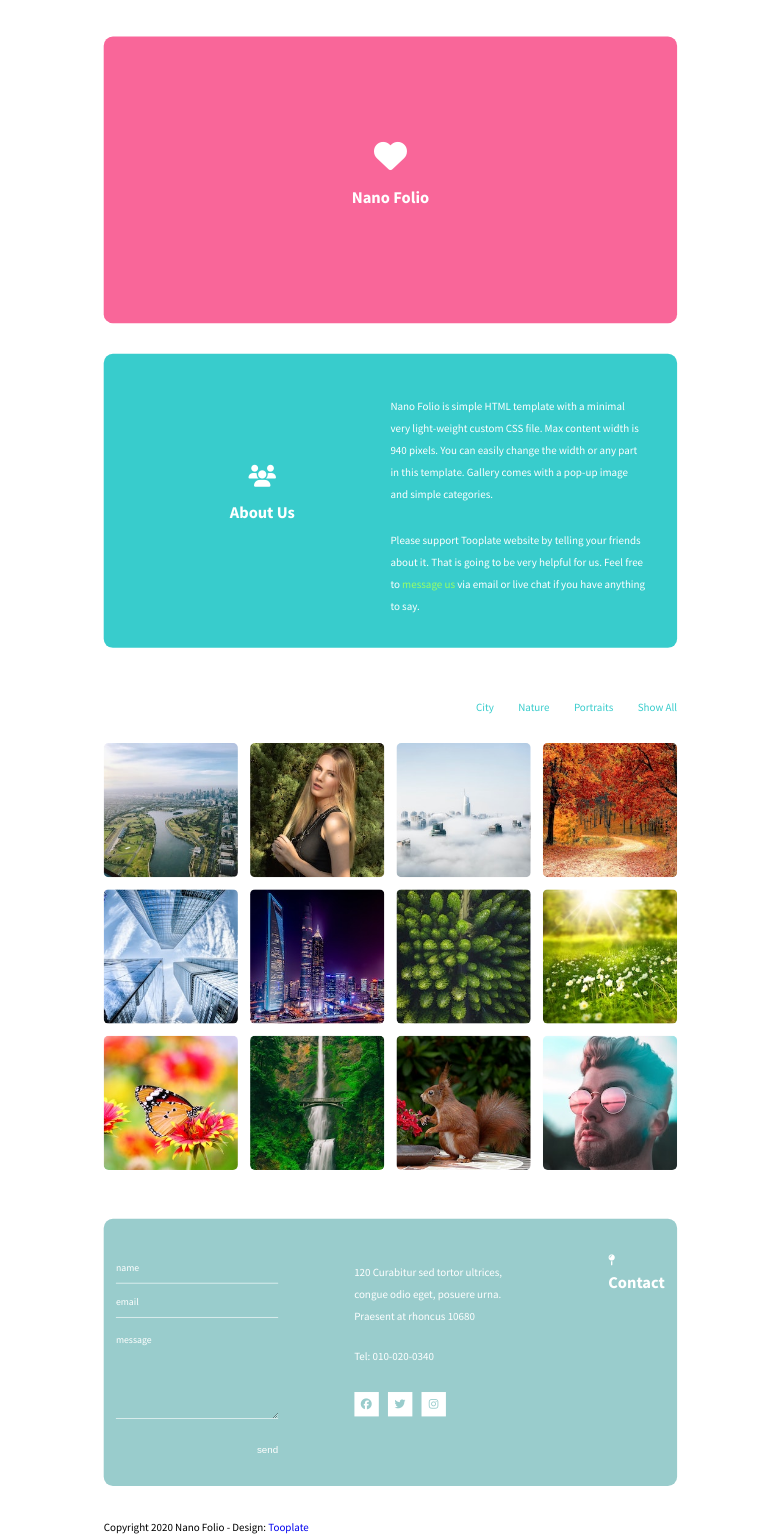
Repository: BuiVanVu102/Tooplate
Page: index.html
These files come from the project's save history. The page is drawn as it stood at one moment and after the next save; the edit follows.
The browser window is 1280 px wide. The pictures show the whole page, at 61% of full size.
Some web libraries are served in a nearby version. The style sheet was rebuilt from its Sass, Less or Tailwind sources for each picture, by a compiler version that may differ from the author's.

Above is the page before, as saved 2021-11-16 23:14:39.

### index.html
<!DOCTYPE html>
<html lang="en">
<head>
	<meta charset="UTF-8">
	<meta http-equiv="X-UA-Compatible" content="IE=edge">
	<meta name="viewport" content="width=device-width, initial-scale=1.0">
	<link rel="preconnect" href="https://fonts.googleapis.com">
	<link rel="preconnect" href="https://fonts.gstatic.com" crossorigin>
	<link href="https://fonts.googleapis.com/css2?family=Source+Sans+Pro:wght@400;700&display=swap" rel="stylesheet">
	<link rel="stylesheet" href="./css/app.css">
	<title>Nano Folio - Live View</title>
</head>
<body>
		<div class="wrapper">
			<main>
				<section class="first">
					<div class="container">
						<div class="first__container">
							<i class="fas fa-heart fa-3x"></i>
							<h1 class="first__name">Nano Folio</h1>
						</div>
					</div>
				</section>
				<section class="about">
					<div class="container">
						<div class="about__container">
							<div class="about__heading">
								<i class="fas fa-users fa-2x"></i>
								<h2 class="about__name">
									About Us
								</h2>
							</div>
							<div class="about__desc">
								<p class="about__typography1">
									Nano Folio is simple HTML template with a minimal very light-weight custom CSS file. Max content width is 940 pixels. You can easily change the width or any part in this template. Gallery comes with a pop-up image and simple categories.
								</p>
								<p class="about__typography2">
									Please support Tooplate website by telling your friends about it. That is going to be very helpful for us. Feel free to <a rel="nofollow" href="https://www.tooplate.com/contact" target="_blank" style="color: #99FF66;">message us</a>  via email or live chat if you have anything to say.
								</p>
							</div>
						</div>
					</div>
				</section>
				<section class="show">
					<div class="container">
						<div class="show__container">
							<div class="show__header">
								<ul class="menu">
									<li class="menu__item"><a href="#!">City</a></li>
									<li class="menu__item"><a href="#!">Nature</a></li>
									<li class="menu__item"><a href="#!">Portraits</a></li>
									<li class="menu__item"><a href="#!">Show All</a></li>
								</ul>
							</div>
							<div class="show__list">
								<div class="show__img">
									<img src="./images/city-1.jpg" alt="">
								</div>
								<div class="show__img">
									<img src="./images/human-1.jpg" alt="">
								</div>
								<div class="show__img">
									<img src="./images/city-2.jpg" alt="">
								</div>
								<div class="show__img">
									<img src="./images/nature-1.jpg" alt="">
								</div>
								<div class="show__img">
									<img src="./images/city-3.jpg" alt="">
								</div>
								<div class="show__img">
									<img src="./images/city-4.jpg" alt="">
								</div>
								<div class="show__img">
									<img src="./images/nature-2.jpg" alt="">
								</div>
								<div class="show__img">
									<img src="./images/nature-3.jpg" alt="">
								</div>
								<div class="show__img">
									<img src="./images/nature-4.jpg" alt="">
								</div>
								<div class="show__img">
									<img src="./images/nature-5.jpg" alt="">
								</div>
								<div class="show__img">
									<img src="./images/nature-6.jpg" alt="">
								</div>
								<div class="show__img">
									<img src="./images/human-2.jpg" alt="">
								</div>

							</div>
						</div>
					</div>
				</section>
				<section class="form">
					<div class="container">
						<div class="form__container">
							<div class="form__submit">
								<input type="text" name="" id="" placeholder="name">
								<input type="email" name="" id="" placeholder="email">
								<textarea name="" id="" cols="30" rows="10" placeholder="message"></textarea>
								<button type="submit">send</button>
							</div>
							<div class="form__info">
								<address class="form__adress">120 Curabitur sed tortor ultrices, congue odio eget, posuere urna. Praesent at rhoncus 10680</address>
								<div class="form__phone">
									Tel: <a href="tel:0100200340" class="form__phone-link">010-020-0340</a>
								</div>
								<div class="form__network">
									<a href="https://facebook.com"><i class="fab fa-facebook"></i></a>
									<a href="https://twitter.com"><i class="fab fa-twitter"></i></a>
									<a href="https://instagram.com"><i class="fab fa-instagram"></i></a>

								</div>
							</div>
							<div class="form__contact">
								<i class="fas fa-map-pin"></i>
								<h2 class="form__text">
									Contact
								</h2>
							</div>
						</div>
					</div>
				</section>
			</main>
			<footer class="footer">
				<div class="container">
					<div class="footer__container">

					Copyright 2020 Nano Folio - Design: <a rel="sponsored" href="https://www.tooplate.com">Tooplate</a>
					</div>
				</div>
			</footer>
		</div>
		<script src="https://kit.fontawesome.com/33b4a28a88.js" crossorigin="anonymous"></script>
</body>
</html>

### sass/app.scss
@import 'variable';
@import 'reset';
@import 'global';
@import 'first';
@import 'about';
@import 'show';
@import 'form';

### sass/_variable.scss
$font: 'Source Sans Pro', sans-serif;
$text-color: #ffff;
$title-color: #38cccc;

### sass/_reset.scss
html {
	box-sizing: border-box;
  }
  * {
	margin: 0;
	padding: 0;
  }
  *,
  *:before,
  *:after {
	box-sizing: border-box;
  }
  input,
  textarea,
  select,
  button {
	outline: none;
  }
  input {
	line-height: normal;
  }
  label,
  button {
	cursor: pointer;
  }
  a {
	text-decoration: none;
  }
  img {
	display: block;
	max-width: 100%;
  }

### sass/_global.scss
body {
	line-height: 2em;
	color: $font;
	font-size: 18px;
	font-family: $font;
	font-weight: 400;
	background-color: white;
	overflow-x: hidden;
}

.wrapper {
	max-width: 100%;
	margin: 0 auto;
}
.container {
	width: 100%;
	max-width: 970px;
	margin: 0 auto;
	padding: 0px 15px;
}

### sass/_first.scss
.first {
	margin-top: 60px;
	&__container{
		display: flex;
		flex-direction: column;
		justify-content: center;
		align-items: center;
		border-radius: 15px;
		max-width: 940px;
		height: 470px;
		background-color: #f96699;
		color: white;
		margin-bottom: 50px;

	}
	&__name {
		margin: 22px 0;
	}
}
.fa-hear:before {
	content: "\f004";
}

### sass/_about.scss
.about {
	margin-top: 0px;
	&__container {
		display: flex;
		justify-content: center;
		align-items: center;

		padding: 50px 50px;
		margin-bottom: 80px;

		height: 482px;
		max-width: 940px;
		background-color: #38cccc;
		color: white;

		border-radius: 15px;
	}
	&__heading {
		display: flex;
		flex-direction: column;
		align-items: center;
		justify-content: center;

		min-width: 420px;
	}
	&__name {
		margin:  22px 0;
		font-size: 1.5em;
		font-weight: bold;
	}
	&__decs {
		display: flex;
		flex-direction: column;
		justify-content: center;
		align-items: center;
	}
	&__typography1 {
		display: block;
		margin: 18px 0 40px;
		font: 18px;
	}
	&__typography2 {
		display: block;
		margin: 18px 0 0;
		font: 18px;
	}
}
.fa-user:before {
	content: "\f0c0";
}

### sass/_show.scss
.show {
	margin-bottom: 80px;
	&__container {
		display: block;
	}
	&__header {
		display: flex;
		justify-content: flex-end;
		align-items: center;
		margin-bottom: 40px;
		color: #38CCCC;
	}
	&__list {
		display: grid;
		grid-template-columns: repeat(4, 1fr);
		gap: 20px;

		position: relative;
	}
	&__img img{
		width: 220px;
		height: 220px;
		border-radius: 0.5rem;
	}

}

.menu {
	list-style: none;
	display: flex;
	align-items: center;
	gap: 0 40px;


	&__item a {
		color: inherit;
		font-size: 18px;
	}
	&__item a:focus{
		color: #f96699;
	}
}

### sass/_form.scss
.form {
	margin-bottom: 50px;
	&__container {
		display: flex;
		justify-content: space-between;
		align-self: center;

		max-width: 940px;
		height: 438px;

		color: white;
		background-color: #99CCCC;

		padding: 50px 20px;

		border-radius: 15px;
	}
	&__submit  input{
		display: block;
		font-family: $font;
		font-size: 1rem;
		background: transparent;
		color: white;
		border: 0;
		border-bottom: 1px solid white;
		padding: 15px 0;
		margin-top: 5px;
		margin-bottom: 5px;
		width: 100%;
	}
	&__submit textarea {
		font-family: $font;
		font-size: 1rem;
		background:transparent;
		border: 0;
		border-bottom: 1px solid white;
		color: white;
		padding: 15px 0;
		margin: 5px 0 30px;
		max-width: 100%;
		max-height: 156px;
	}
	&__submit input:focus-visible {
		outline-offset: 0px;
		outline: -webkit-focus-color auto 1px;
		outline-color: -webkit-focus-ring-color;
		outline-style: auto;
		outline-width: 1px;
	}
	&__submit textarea:focus-visible {
		outline-offset: 0px;
		outline: -webkit-focus-ring-color auto 1px;
		outline-color: -webkit-focus-ring-color;
		outline-style: auto;
		outline-width: 1px;
	}
	&__submit button {
		display: block;

		background: none;
		color: white;
		font-size: 1rem;
		border: 0;
		cursor: pointer;
		transition: all 0.3s ease;

		margin-left: auto;
		margin-right: 0;
	}
	&__submit button:hover {
		color: black;
	}
	&__submit button:focus-visible {
		outline-offset: 0px;
		outline: -webkit-focus-ring-color auto 1px;
		outline-color: -webkit-focus-ring-color;
		outline-style: auto;
		outline-width: 1px;
	}
	&__info {
		display: block;

		padding: 20px 34px 0;
	}
	&__adress{
		display: block;
		margin-bottom: 30px;
		font-style: normal;
		font-size: 18px;

		max-width: 292px;
	}
	&__phone {
		display: block;
		margin-bottom: 40px;
		color: white;
		&-link {
			color: inherit;
			transition: all 0.3s ease;
		}
		&-link:hover {
			color: #38CCCC;
		}
	}
	&__network {
		display: flex;

	}
	&__network a {
		display: flex;
		justify-content: center;
		align-items: center;

		height: 40px;
		width: 40px;

		background-color: #ffff;
		margin-right: 15px;

		color: #99cccc;
		transition: all 0.3s ease;
	}
	&__network a:hover {
		color: #30ADAD;
	}
}
::placeholder {
	color: white;

}

.fa-facebook:before {
	content: "\f09a";
}
.fa-twitter:before {
    content: "\f099";
}
.fa-instagram:before {
    content: "\f16d";
}

After the next save:
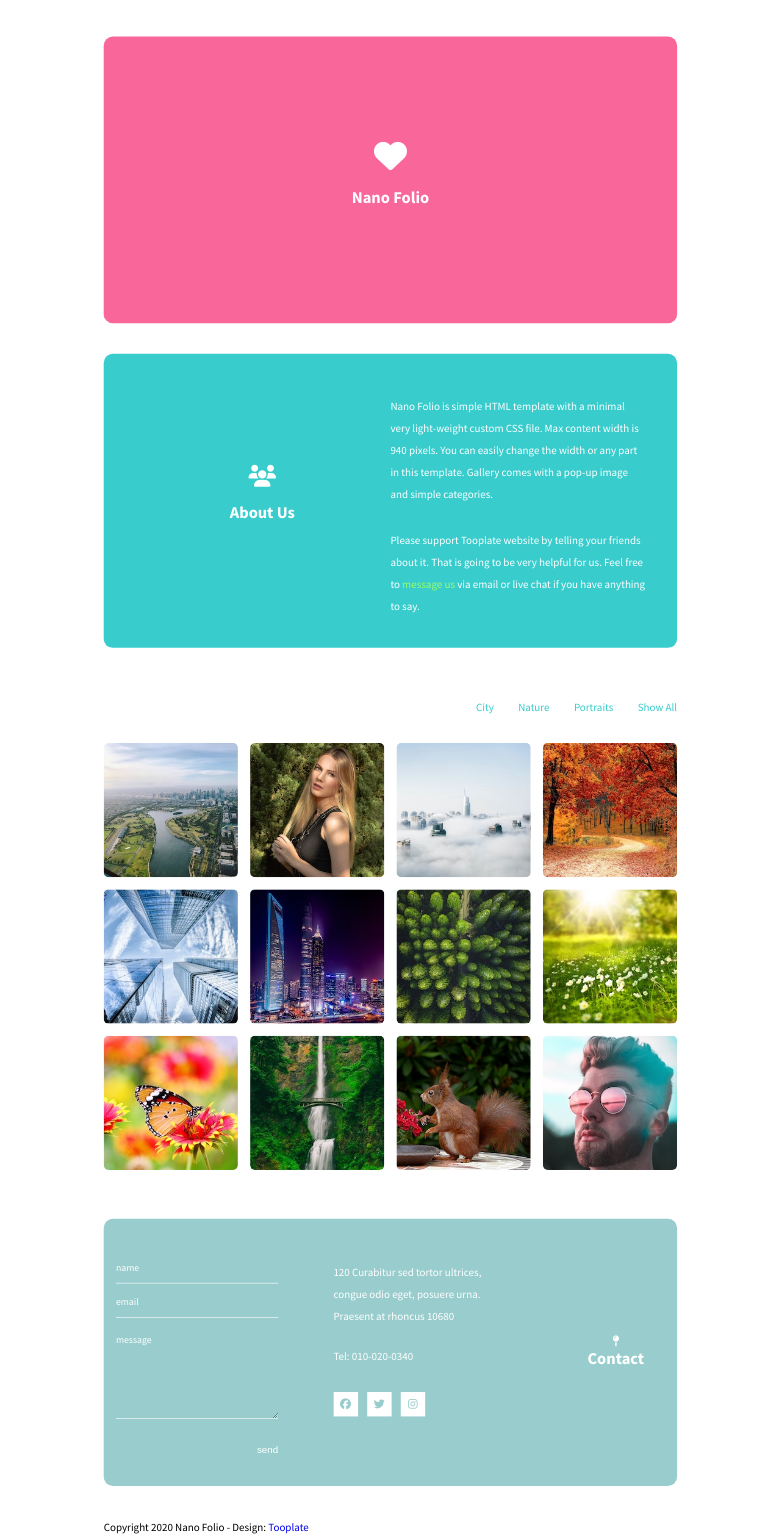
Saved 2 min 40 s later.
--- a/sass/_form.scss
+++ b/sass/_form.scss
@@ -123,6 +123,14 @@
 	&__network a:hover {
 		color: #30ADAD;
 	}
+	&__contact {
+		display: flex;
+		flex-direction: column;
+		align-items: center;
+		justify-content: center;
+
+		padding: 0 34px;
+	}
 }
 ::placeholder {
 	color: white;
